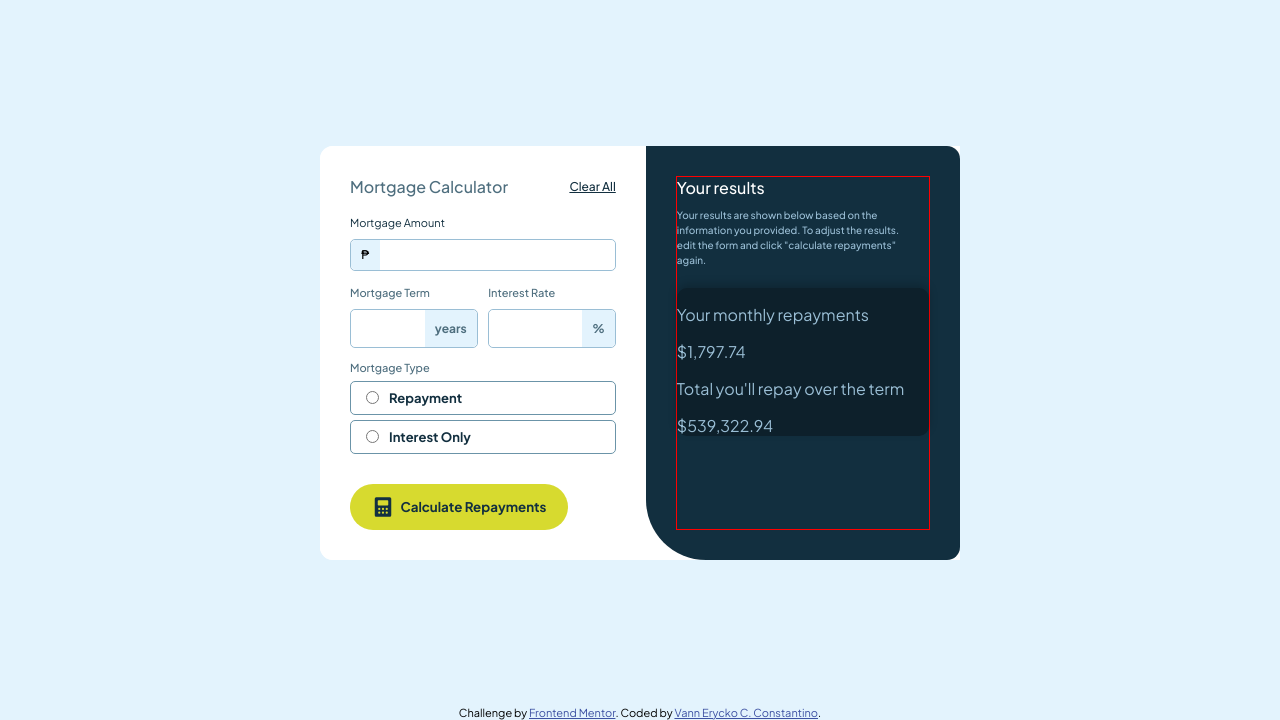
Repository: kocokoy/mortgage-repayment-calculator
Page: index.html
An editor plug-in stored every save of this project. The page is shown before and after the next save, followed by the edit.
The browser window is 1280 px wide. The pictures show the whole page.

Above is the page before, as saved 2024-10-30 14:42:29.

### index.html
<!DOCTYPE html>
<html lang="en">
<head>
  <meta charset="UTF-8">
  <meta name="viewport" content="width=device-width, initial-scale=1.0"> <!-- displays site properly based on user's device -->

  <link rel="icon" type="image/png" sizes="32x32" href="./assets/images/favicon-32x32.png">
  <link rel="stylesheet" href="/styles/style.css">
  <link rel="preconnect" href="https://fonts.googleapis.com">
<link rel="preconnect" href="https://fonts.gstatic.com" crossorigin>
<link href="https://fonts.googleapis.com/css2?family=Karla:ital,wght@0,200..800;1,200..800&family=Plus+Jakarta+Sans:ital,wght@0,200..800;1,200..800&family=Red+Hat+Text:ital,wght@0,300..700;1,300..700&display=swap" rel="stylesheet">

  <title>Frontend Mentor | Mortgage repayment calculator</title>
</head>
<body>
  <div class="container">
    <div class="container-card">
      <div class="mortgage-calculator-side">
        <div class="mortgage-calculator-header">
          <p>Mortgage Calculator</p>
          <button>Clear All</button>
        </div>
        <div class="mortgage-calculator-amount">
          <p>Mortgage Amount</p>
          <label class="mortgage-calculator-amount-input">
            <div class="peso-logo">&#8369;</div>
            <input type="text" class="jsMortageAmount">
          </label>
          <div class="field-require-text">
            this field is required
          </div>
        </div>
        <div class="mortgage-calculator-term-and-interest">
          <div class="mortgage-calculator-term-section">
            <p>Mortgage Term</p>
            <div class="mortgage-calculator-term-section-mortgage">
              <input type="text" name="" id="" class="jsMortgageTerm">
              <div>years</div>
            </div>
            <div class="field-require-text">
              this field is required
            </div>
          </div>
          <div class="mortgage-calculator-term-section">
            <p>Interest Rate</p>
            <div class="mortgage-calculator-term-section-mortgage">
              <input type="text" name="" id="" class="jsMortgageInterest">
              <div>%</div>
            </div>
            <div class="field-require-text">
              this field is required
            </div>
          </div>
        </div>
        <div class="mortgage-calculator-type">
          <p>Mortgage Type</p>
          <label class="mortgage-calculator-type-radio">
            <input class="mortgage-calculator-type-radio-repayment jsRepaymentRadio" type="radio">
            <div>Repayment</div>
          </label>
          <label class="mortgage-calculator-type-radio">
            <input class="mortgage-calculator-type-radio-interest jsRepaymentInterest"  type="radio">
            <div>Interest Only</div>
          </label>
        </div>
        <div class="mortgage-calculator-button">
          <button class="jsCalculateRepayments">
            <div>
              <img src="/assets/images/icon-calculator.svg" alt="">
              <p>Calculate Repayments</p>
            </div>
          </button>
        </div>
      </div>
      <div class="result-side">
        <!-- <div class="result-empty">
          <div>
            <img src="/assets/images/illustration-empty.svg" alt="">
          </div>
          <div class="result-side-title">Results shown here</div>
          <div class="result-side-text">  Complete the form and click “calculate repayments” to see what
            your monthly repayments would be.</div>
        </div> -->
        <div class="result-populate">
          <div class="result-populate-title">
            Your results
          </div>
          <div class="result-populate-message">
            Your results are shown below based on the information you provided.
            To adjust the results. edit the form and click "calculate repayments" again.
          </div>
          <div class="result-populate-repayment">
            <div>
              <p>Your monthly repayments</p>
              <div>$1,797.74</div>
            </div>
            <div>
              <p>Total you'll repay over the term</p>
              <div>$539,322.94</div>
            </div>
          </div>
        </div>
      </div>
    </div>
  </div>


  <div class="attribution">
    Challenge by <a href="https://www.frontendmentor.io?ref=challenge">Frontend Mentor</a>.
    Coded by <a href="#">Vann Erycko C. Constantino</a>.
  </div>
  <script src="/javascripts/script.js"></script>
</body>
</html>

### styles/style.css
:root{
/* Primary */

--lime: hsl(61, 70%, 52%);
--red: hsl(4, 69%, 50%);

/* Neutral */

--white: hsl(0, 0%, 100%);
--slate100: hsl(202, 86%, 94%);
--slate300: hsl(203, 41%, 72%);
--slate500: hsl(200, 26%, 54%);
--slate700: hsl(200, 24%, 40%);
--slate900: hsl(202, 55%, 16%);
}

.attribution {
  font-size: 11px; text-align: center;
 }
.attribution a {
  color: hsl(228, 45%, 44%);
 }

 *{
  font-family: Plus Jakarta Sans;
 }

body{
  margin: 0;
  padding: 0;
  background-color: var(--slate100);
}
.container{
  height: 98vh;
  display: flex;
  flex-direction: column;
  justify-content: center;
  align-items: center;
}
.container-card{
  display: flex;
  flex-direction: row;
  height: auto;
  width: 50%;
  background-color: var(--white);
  border-bottom-left-radius: 13px;
  border-top-left-radius: 13px;
}

.field-require-text{
  margin-top: 10px;
  color: var(--red);
  font-size: 10px;
  font-weight: 900;
  margin-bottom: 3px;
  display: none;
}
.mortgage-calculator-side{
  height: auto;
  width: auto;
  background-color: var(--white);
  border-bottom-left-radius: 13px;
  border-top-left-radius: 13px;
  padding: 30px;

}
.result-side{
  height: auto;
  width: 70%;
  padding: 30px;
  overflow: hidden;
  background-color: var(--slate900);
  border-bottom-left-radius: 60px;
  border-bottom-right-radius: 13px;
  border-top-right-radius: 13px;
  display: flex;
  flex-direction: column;
  justify-content: center;
  align-items: center;

}

/*Mortgage Calculator Header */
.mortgage-calculator-header{
  display: flex;
  flex-direction: row;
  align-items: center;
  justify-content: space-between;
}
.mortgage-calculator-header p{
 margin: 0;
 font-weight: 500;
 color: var(--slate700);
}
.mortgage-calculator-header button{
 margin: 0;
 font-weight: 500;
 font-size: 12px;
 color: var(--slate900);
 background-color: var(--white);
 text-decoration: underline;
 cursor: pointer;
 border: none;
 padding: 0;
}

/*Mortgage Calculator Amount  */
.mortgage-calculator-amount{
  padding-top: 19px ;
  display: flex;
  flex-direction: column;
  margin-bottom: 15px;
}
.mortgage-calculator-amount p{
  margin: 0;
  font-size: 11px;
  color: var(--slate900);
  padding-bottom: 10px;
}

.mortgage-calculator-amount-input{
  display: flex;
  flex-direction: row;
  height: 30px;
  border: 1px solid var(--slate300);
  border-radius: 5px;
}

.mortgage-calculator-amount-input:hover{
  border: 1px solid var(--slate900);
  transition: 0.1s;
}

.mortgage-calculator-amount-input:focus-within {
  border-color: var(--lime);
}

.mortgage-calculator-amount-input:focus-within .peso-logo {
  background-color: var(--lime);
}

.mortgage-calculator-amount-input .peso-logo{
  background-color: var(--slate100);
  height: 100%;
  width: 35px;
  display: flex;
  justify-content: center;
  align-items: center;
  font-size: 12px;
  font-weight: 500;
  border: none;
  border-top-left-radius: 5px;
  border-bottom-left-radius: 5px;
}
.mortgage-calculator-amount-input input{
  width: 100%;
  border: none;
  border-top-right-radius: 5px;
  border-bottom-right-radius: 5px;
  padding: 0 10px;
  font-weight: 700;
}

.mortgage-calculator-amount-input input:focus{
  outline: none;
}

/* Mortgage Calculator Mortgage Term and Interest Rate */

.mortgage-calculator-term-and-interest{
  display: flex;
  flex-direction: row;
  width: 100;
  justify-content: space-between;
}
.mortgage-calculator-term-section{
  width: 48%;
}
.mortgage-calculator-term-section p{
  margin: 0;
  font-size: 11px;
  color: var(--slate700);
  padding-bottom: 10px;
  font-weight: 500;
}

.mortgage-calculator-term-section-mortgage{
  display: flex;
  flex-direction: row;
  border: 1px solid var(--slate300);
  border-radius: 5px;
}

.mortgage-calculator-term-section-mortgage input{
  width: 90%;
  padding: 10px;
  font-weight: 700;
  border: none;
  border-top-left-radius: 5px;
  border-bottom-left-radius: 5px;
  accent-color: green;
}
.mortgage-calculator-term-section-mortgage div{
  width: auto;
  background-color: var(--slate100);
  color: var(--slate700);
  font-size: 12px;
  display: flex;
  justify-content: center;
  align-items: center;
  font-weight: 700;
  padding: 7px 10px;
  border-top-right-radius: 5px;
  border-bottom-right-radius: 5px;
}

.mortgage-calculator-term-section-mortgage input:focus{
  outline: none;
}

/* Mortgage Calculator Type */
.mortgage-calculator-type{
  display: block;
  margin-top: 13px;
}

.mortgage-calculator-type p{
  margin: 0;
  font-size: 11px;
  color: var(--slate700);
  padding-bottom: 2px;
  font-weight: 500;
}

.mortgage-calculator-type-radio{
  border: 1px solid var(--slate500);
  display: flex;
  flex-direction: row;
  justify-content: start;
  align-items: center;
  padding: 8px 5px ;
  margin-top: 5px;
  border-radius: 5px;
}
.mortgage-calculator-type-radio:hover{
  border: 1px solid var(--lime);
  transition: 0.3s;
  cursor: pointer;
}
.mortgage-calculator-type-radio-clicked{
  border: 1px solid var(--lime);
  background-color: hsla(61, 70%, 52%, 0.1);
  transition: 0.3s;
}

.mortgage-calculator-type-radio-repayment{
  margin: 0 10px;
}

input[type="radio"]{
  accent-color: var(--lime);
  border: none;
}

.mortgage-calculator-type-radio-interest{
  margin: 0 10px;
}

.mortgage-calculator-type-radio div{
  font-size: 13px;
  font-weight: 700;
  color: var(--slate900);
}

/* Mortgage Calculator Type Button */

.mortgage-calculator-button{
  margin-top: 30px;
  display: flex;
  justify-content: start;
  align-items: start;
}

.mortgage-calculator-button button{
  display: flex;
  flex-direction: row;
  background-color: var(--lime);
  color: var(--slate900);
  border: none;
  border-radius: 100px;
  width: 82%;
  cursor: pointer;
  transition: 0.3s;
}

.mortgage-calculator-button button:hover{
  opacity: 80%;
}

.mortgage-calculator-button button img{
  margin: 0;
  display: flex;
  justify-content: center;
}

.mortgage-calculator-button button p{
  font-weight: 700;
  margin-left: 5px;
}
.mortgage-calculator-button button div{
  display: flex;
  justify-content: center;
  width: 100%;
}

/* Result Side Empty */
.result-empty{
  display: flex;
  flex-direction: column;
  justify-content: center;
  align-items: center;

}
.result-side-title{
  color: var(--white);
  font-weight: 500;
  font-size: 20px;
}
.result-side-text{
  margin-top: 10px;
  color: var(--slate500);
  font-size: 11px;
  text-align: center;
}

/* Result Side Populate*/
.result-populate{
  border: 1px solid red;
  height: 100%;
}
.result-populate-title{
  color: var(--white);
  font-weight: 500;
  padding-bottom: 5px;
}
.result-populate-message{
  color: var(--slate300);
  font-weight: 500;
  font-size: 10px;
  width: 93%;
  padding: 5px 0px;
  line-height: 15px;
}
.result-populate-repayment{
  color: var(--slate300);
  background-color: hsl(202, 55%, 11%);
  border-radius: 10px;
  margin-top: 15px;
  box-shadow:  0 -4px 10px rgba(0, 0, 0, 0.2);;
  display: flex;
  flex-direction: column;
}

### javascripts/script.js
const calculateButton = document.querySelector('.jsCalculateRepayments');
const mortgageAmountElement = document.querySelector('.jsMortageAmount');
const mortgageTermElement = document.querySelector('.jsMortgageTerm');
const mortgageInterestElement = document.querySelector('.jsMortgageInterest');
// radio buttons
const repaymentRadioElement = document.querySelector('.jsRepaymentRadio');
const interestRadioElement = document.querySelector('.jsRepaymentInterest');
let totalRepayment = 0;
let monthlyPayment = 0;

MortgageTypeBtnClicked();
calculateButton.addEventListener('click', () => {
  const mortgageAmount =  IntegerConverter(mortgageAmountElement.value);
  const mortgageTerm =  IntegerConverter(mortgageTermElement.value);
  const mortgageInterest =  IntegerConverter(mortgageInterestElement.value);
  CalcuteRepayment(mortgageAmount,mortgageTerm,mortgageInterest);

});



function MortgageTypeBtnClicked(){
  let repaymentRadioClicked = false;
  let interestRadioClicked = false;

  const repaymentParentLabel = repaymentRadioElement.parentElement;
  const interestParentLabel = interestRadioElement.parentElement;

  repaymentRadioElement.addEventListener('click', () =>{
    if(repaymentRadioClicked){
      repaymentParentLabel.classList.remove('mortgage-calculator-type-radio-clicked');
      repaymentRadioElement.checked = false;
      repaymentRadioClicked = false;
    }else{
      repaymentRadioClicked = true;
      repaymentParentLabel.classList.add('mortgage-calculator-type-radio-clicked');
      interestParentLabel.classList.remove('mortgage-calculator-type-radio-clicked');
      interestRadioElement.checked = false;
      interestRadioClicked = false;
    }
  });

  interestRadioElement.addEventListener('click', () =>{
    if(interestRadioClicked){
      interestParentLabel.classList.remove('mortgage-calculator-type-radio-clicked');
      interestRadioElement.checked = false;
      interestRadioClicked = false;
    }else{
      repaymentParentLabel.classList.remove('mortgage-calculator-type-radio-clicked');
      interestParentLabel.classList.add('mortgage-calculator-type-radio-clicked');
      interestRadioClicked = true;
      repaymentRadioElement.checked = false;
      repaymentRadioClicked = false;
    }
  });
};

function IntegerConverter(str){
  if(str.includes('.')){
    return parseFloat(str);
  };
    return parseInt(str.replace(/,/g, ''));
}

function CalcuteRepayment(amount,years,interest){
  let months = 12;
  let monthlyInterestRate = ((interest/months)/100);
  let totalPayments = (years*months);
  let numerator = (amount * monthlyInterestRate);
  let denominator = (1 - Math.pow(1 + monthlyInterestRate,(-1*totalPayments)));
  monthlyPayment = (numerator/denominator);
  totalRepayment =  (monthlyPayment*totalPayments);
}

After the next save:
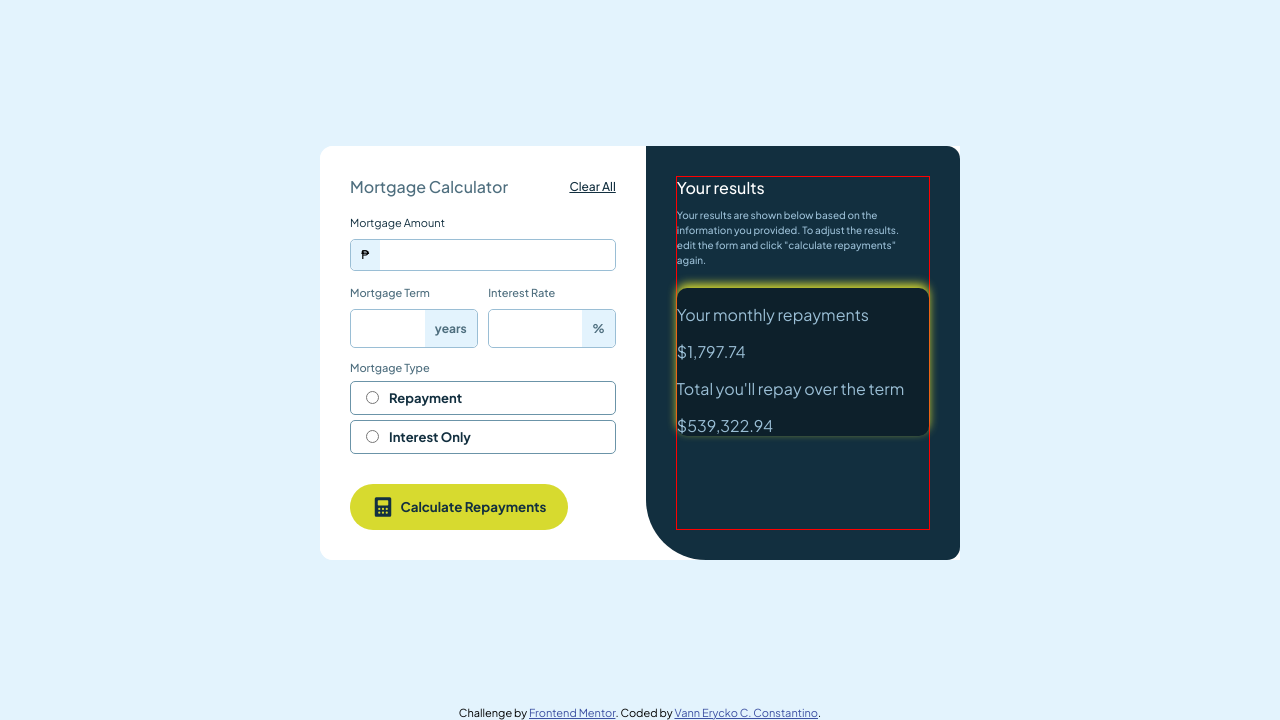
Saved 10 s later.
--- a/styles/style.css
+++ b/styles/style.css
@@ -356,7 +356,7 @@ input[type="radio"]{
   background-color: hsl(202, 55%, 11%);
   border-radius: 10px;
   margin-top: 15px;
-  box-shadow:  0 -4px 10px rgba(0, 0, 0, 0.2);;
-  display: flex;
-  flex-direction: column;
-}
+  box-shadow:  0 -4px 10px var(--lime);
+  display: flex;
+  flex-direction: column;
+}
